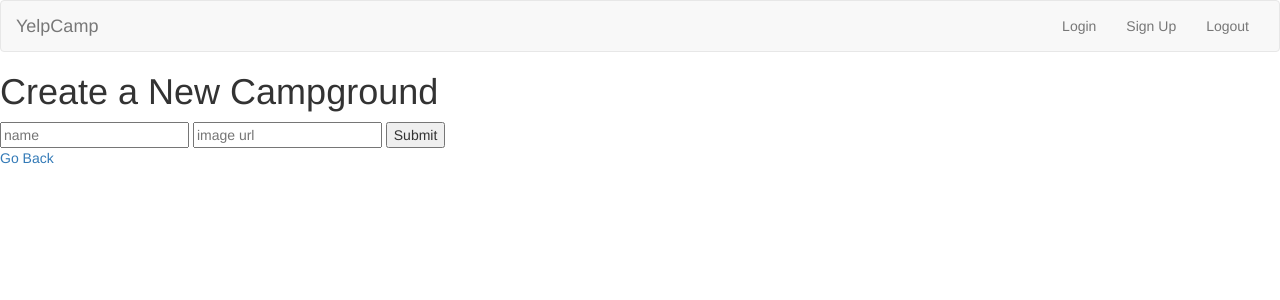
Repository: iceljc/web-development
Page: http://localhost/campgrounds/new
The author's editor kept a record of every edit. The page is drawn from the files as they stood at one moment, then again after the next edit.
The browser window is 1280 px wide. The pictures show the whole page.
The page is served by the project's Node server (YelpCamp/v1/app.js).

Above is the page before.

### YelpCamp/v1/views/new.ejs
<% include partials/header %>

<h1>Create a New Campground</h1>

<form action="/campgrounds" method="POST">
    <input type="text" name="name" placeholder="name">
    <input type="text" name="image" placeholder="image url">
    <input type="submit">
</form>

<a href="/campgrounds">Go Back</a>

<% include partials/footer %>

### YelpCamp/v1/views/partials/header.ejs
<!DOCTYPE html>
<html>
    <head>
        <title>YelpCamp</title>
        <link rel="stylesheet" href="https://maxcdn.bootstrapcdn.com/bootstrap/3.3.5/css/bootstrap.min.css">
    </head>
    <body>
    <nav class="navbar navbar-default">
        <div class="container-fluid">
            <div class="navbar-header">
                <a class="navbar-brand" href="/">YelpCamp</a>
            </div>
            <div class="collapse navbar-collapse">
                <ul class="nav navbar-nav navbar-right">
                    <li><a href="/">Login</a></li>
                    <li><a href="/">Sign Up</a></li>
                    <li><a href="/">Logout</a></li>
                </ul>
            </div>
        </div>
    </nav>

### YelpCamp/v1/app.js
var express = require("express");
var app = express();
var bodyParser = require("body-parser");

app.use(bodyParser.urlencoded({extended: true}));
app.set("view engine", "ejs");


var campgrounds = [
        {name: "Salmon Creek", image: "https://farm9.staticflickr.com/8442/7962474612_bf2baf67c0.jpg"},
        {name: "Granite Hill", image: "https://farm1.staticflickr.com/60/215827008_6489cd30c3.jpg"},
        {name: "Mountain Goat's Rest", image: "https://farm7.staticflickr.com/6057/6234565071_4d20668bbd.jpg"},
        {name: "Salmon Creek", image: "https://farm9.staticflickr.com/8442/7962474612_bf2baf67c0.jpg"},
        {name: "Granite Hill", image: "https://farm1.staticflickr.com/60/215827008_6489cd30c3.jpg"},
        {name: "Mountain Goat's Rest", image: "https://farm7.staticflickr.com/6057/6234565071_4d20668bbd.jpg"},
        {name: "Salmon Creek", image: "https://farm9.staticflickr.com/8442/7962474612_bf2baf67c0.jpg"},
        {name: "Granite Hill", image: "https://farm1.staticflickr.com/60/215827008_6489cd30c3.jpg"},
        {name: "Mountain Goat's Rest", image: "https://farm7.staticflickr.com/6057/6234565071_4d20668bbd.jpg"}
    ];



app.get("/", function(req, res){
    res.render("landing");
});


app.get("/campgrounds", function(req, res){
    res.render("campgrounds", {campgrounds:campgrounds});
});


app.get("/campgrounds/new", function(req, res){
    res.render("new");
});


app.post("/campgrounds", function(req, res){
    // get data from form and add to campgrounds array
    var name = req.body.name;
    var image = req.body.image;
    var newCampground = {name: name, image: image};
    campgrounds.push(newCampground);
    //redirect back to campgrounds page
    res.redirect("/campgrounds");
});


app.listen(process.env.PORT, process.env.IP, function(){
   console.log("The YelpCamp Server Has Started!");
});

Loaded but not shown: YelpCamp/v1/views/partials/footer.ejs (common file)

After the next edit:
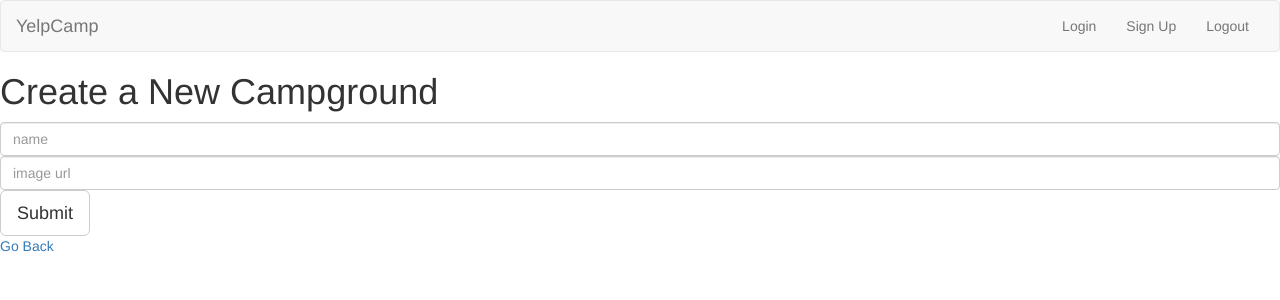
The edit:
--- a/YelpCamp/v1/views/new.ejs
+++ b/YelpCamp/v1/views/new.ejs
@@ -3,9 +3,9 @@
 <h1>Create a New Campground</h1>
 
 <form action="/campgrounds" method="POST">
-    <input type="text" name="name" placeholder="name">
-    <input type="text" name="image" placeholder="image url">
-    <input type="submit">
+    <input class="form-control" type="text" name="name" placeholder="name">
+    <input class="form-control" type="text" name="image" placeholder="image url">
+    <button class="btn btn-lg btn-default">Submit</button>
 </form>
 
 <a href="/campgrounds">Go Back</a>
